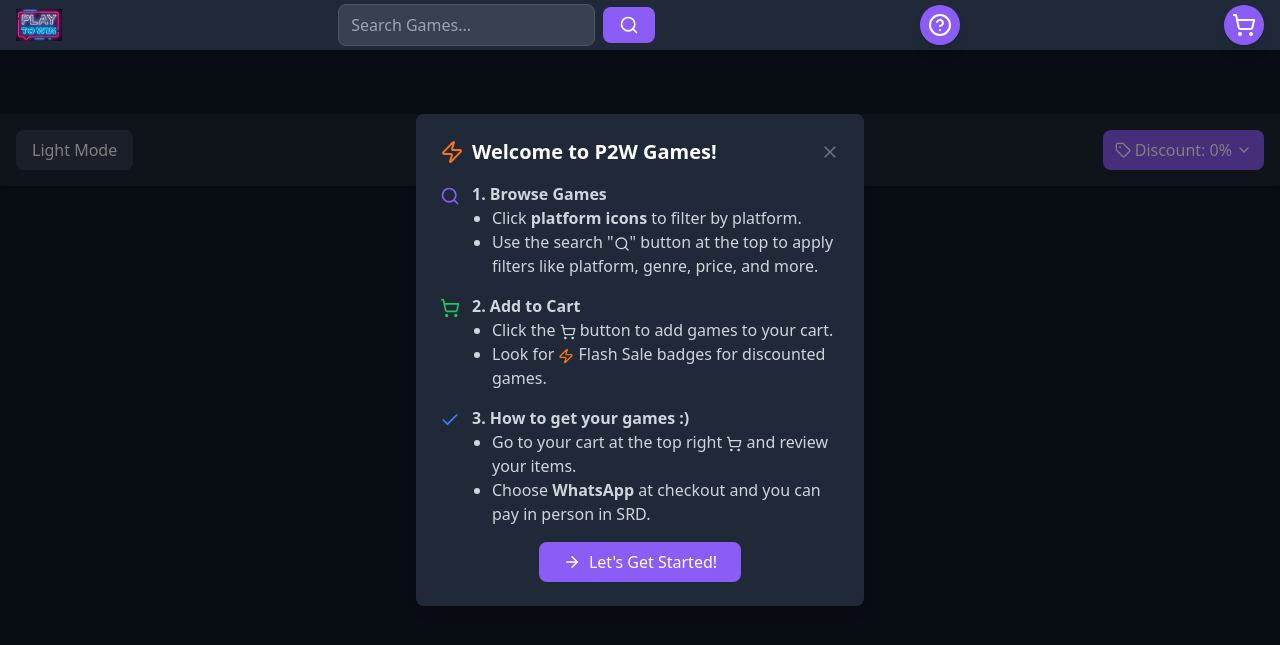
Repository: Play2Win777/P2W-Superbase
Page: /
An editor plug-in stored every save of this project. The page is shown before and after the next save, followed by the edit.
The browser window is 1280 px wide. The pictures show the whole page.
The page's requests for data from a server got no answer. The project was rebuilt for these pictures with package versions that can differ from the ones it lists, and the page was loaded fresh each time. No one was signed in, and anything a server would have sent is missing. Also part of the build but not shown: vite.config.ts, src/components/Filters.tsx, src/components/GameCard.tsx, src/components/FlashSaleBadge.tsx, src/pages/GameDetails.tsx, src/pages/Checkout.tsx, src/pages/FlashSalePage.tsx, src/components/Toast.tsx.

Above is the page before, as saved 2025-03-18 06:04:06.

### index.html
<!doctype html>
<html lang="en">
  <head>
    <meta charset="UTF-8" />
    <link rel="icon" type="image/svg+xml" href="/vite.svg" />
    <meta name="viewport" content="width=device-width, initial-scale=1.0" />
    <title>P2W Games</title>
  </head>
  <body>
    <div id="root"></div>
    <script type="module" src="/src/main.tsx"></script>
  </body>
</html>

### src/main.tsx
import { StrictMode } from 'react';
import { createRoot } from 'react-dom/client';
import App from './App.tsx';
import './index.css';

// Add Storylane script dynamically
//const script = document.createElement('script');
//script.src = 'https://js.storylane.io/js/v2/storylane.js';
//script.async = true;
//document.head.appendChild(script);

createRoot(document.getElementById('root')!).render(
  <StrictMode>
    <App />
  </StrictMode>
);

### src/App.tsx
// App.tsx (Updated Tooltip Positioning)
import React, { useEffect, useState } from 'react';
import { BrowserRouter as Router, Routes, Route, useNavigate, useLocation } from 'react-router-dom';
import { Search, Zap, X, ShoppingCart, Filter, ArrowRight, Check, HelpCircle } from 'lucide-react'; // Added HelpCircle icon
import { fetchGames } from './api';
import { useStore } from './store';
import { Filters } from './components/Filters';
import { GameCard } from './components/GameCard';
import { Cart } from './components/Cart';
import { GameDetails } from './pages/GameDetails';
import { Checkout } from './pages/Checkout';
import { FlashSalePage } from './pages/FlashSalePage';
import { DiscountPopup } from './components/DiscountPopup';
import { ThemeContext } from './context/ThemeContext';
import { Toast } from './components/Toast';

// IntroModal Component
const IntroModal = ({ isOpen, onClose }) => {
  if (!isOpen) return null;

  return (
    <div className="fixed inset-0 bg-black/50 flex items-center justify-center p-4 z-50">
      <div className="bg-white dark:bg-gray-800 p-6 rounded-lg max-w-md shadow-lg">
        {/* Modal Header */}
        <div className="flex justify-between items-center mb-4">
          <h2 className="text-xl font-bold dark:text-white flex items-center gap-2">
            <Zap size={24} className="text-orange-500" />
            Welcome to P2W Games!
          </h2>
          <button
            onClick={onClose}
            className="text-gray-500 hover:text-gray-700 dark:hover:text-gray-300"
          >
            <X size={20} />
          </button>
        </div>

        {/* Modal Body */}
        <div className="text-gray-700 dark:text-gray-300 space-y-4">
          {/* Step 1: Browse Games */}
          <div className="flex items-start gap-3">
            <Search size={20} className="flex-shrink-0 mt-1 text-purple-500" />
            <div>
              <p className="font-semibold">1. Browse Games</p>
              <ul className="list-disc pl-5">
                <li>Click <strong>platform icons</strong> to filter by platform.</li>
                <li>Use the search "<Search size={16} className="inline" />" button at the top to apply filters like platform, genre, price, and more.</li>
              </ul>
            </div>
          </div>

          {/* Step 2: Add to Cart */}
          <div className="flex items-start gap-3">
            <ShoppingCart size={20} className="flex-shrink-0 mt-1 text-green-500" />
            <div>
              <p className="font-semibold">2. Add to Cart</p>
              <ul className="list-disc pl-5">
                <li>Click the <ShoppingCart size={16} className="inline" /> button to add games to your cart.</li>
                <li>Look for <Zap size={16} className="inline text-orange-500" /> Flash Sale badges for discounted games.</li>
              </ul>
            </div>
          </div>

          {/* Step 3: Checkout */}
          <div className="flex items-start gap-3">
            <Check size={20} className="flex-shrink-0 mt-1 text-blue-500" />
            <div>
              <p className="font-semibold">3. How to get your games :)</p>
              <ul className="list-disc pl-5">
                <li>Go to your cart at the top right <ShoppingCart size={16} className="inline" /> and review your items.</li>
                <li>Choose <strong>WhatsApp</strong> at checkout and you can pay in person in SRD.</li>
              </ul>
            </div>
          </div>

          {/* Call to Action */}
          <div className="mt-4 flex justify-center">
            <button
              onClick={onClose}
              className="bg-purple-500 text-white px-6 py-2 rounded-lg hover:bg-purple-600 transition-colors flex items-center gap-2"
            >
              <ArrowRight size={18} />
              Let's Get Started!
            </button>
          </div>
        </div>
      </div>
    </div>
  );
};

// SEARCH BAR COMPONENT
const SearchBar = () => {
  const {
    games,
    searchGames,
    setFilteredGames,
    setCurrentPage
  } = useStore();
  const [searchTerm, setSearchTerm] = useState('');
  const navigate = useNavigate();
  const location = useLocation();

  const handleSearch = (e) => {
    const term = e.target.value;
    setSearchTerm(term);

    if (searchGames) {
      searchGames(term);
    } else {
      if (!term.trim()) {
        setFilteredGames(games);
      } else {
        const results = games.filter(game =>
          game.Game_Title.toLowerCase().includes(term.toLowerCase())
        );
        setFilteredGames(results);
      }
    }

    // Reset to first page when searching
    setCurrentPage(1);

    // If user is not on the home page and they've typed at least 2 characters, navigate to home
    if (location.pathname !== '/' && term.length >= 2) {
      navigate('/');
    }
  };

  return (
    <input
      type="text"
      placeholder="Search Games..."
      value={searchTerm}
      onChange={handleSearch}
      className="w-full px-3 py-2 border rounded-lg text-gray-900 dark:bg-gray-700 dark:text-white dark:border-gray-600"
    />
  );
};

// FOOTER COMPONENT
const Footer = ({ toggleDarkMode, darkMode }) => {
  return (
    <footer className="bg-white dark:bg-gray-800 shadow-md mt-8 py-4 overflow-visible">
      <div className="container mx-auto px-4 flex items-center justify-between">
        {/* Dark Mode Toggle on the left */}
        <button
          onClick={toggleDarkMode}
          className="bg-gray-200 dark:bg-gray-700 text-gray-900 dark:text-white px-4 py-2 rounded-lg whitespace-nowrap"
        >
          {darkMode ? (
            <span>Light Mode</span>
          ) : (
            <span>Dark Mode</span>
          )}
        </button>

        {/* Add DiscountPopup button to the footer */}
        <div className="ml-4">
          <DiscountPopup />
        </div>
      </div>
    </footer>
  );
};

function App() {
  const {
    games,
    filteredGames,
    currentPage,
    setGames,
    setFilteredGames,
    setCurrentPage,
    showFilters,
    setShowFilters,
    filters,
    toastMessage,
    toastDiscountInfo,
  } = useStore();

  const [darkMode, setDarkMode] = useState(true);
  const [isScrolling, setIsScrolling] = useState(false);
  const [showIntroModal, setShowIntroModal] = useState(false);

  // Show intro modal on first visit
  useEffect(() => {
    const hasSeenIntro = localStorage.getItem('hasSeenIntro');
    if (!hasSeenIntro) {
      setShowIntroModal(true);
      localStorage.setItem('hasSeenIntro', 'true');
    }
  }, []);

  useEffect(() => {
    const loadGames = async () => {
      const fetchedGames = await fetchGames();
      const randomizedGames = [...fetchedGames].sort(() => Math.random() - 0.5);
      setGames(randomizedGames);
      setFilteredGames(randomizedGames);
    };

    loadGames();
  }, [setGames, setFilteredGames]);

  useEffect(() => {
    if (darkMode) {
      document.documentElement.classList.add('dark');
    } else {
      document.documentElement.classList.remove('dark');
    }
  }, [darkMode]);

  const toggleDarkMode = () => {
    setDarkMode((prev) => !prev);
  };

  const toggleFilters = () => {
    setShowFilters(!showFilters);
    if (!showFilters) {
      setIsScrolling(false);
      window.scrollTo({ top: 0, behavior: 'smooth' });
      setTimeout(() => {
        setIsScrolling(true);
      }, 1000);
    }
  };

  const gamesPerPage = 12;
  const paginatedGames = filteredGames.slice(0, currentPage * gamesPerPage);
  const hasMore = paginatedGames.length < filteredGames.length;

  const themeValue = {
    darkMode,
    toggleDarkMode: () => setDarkMode(prev => !prev)
  };

  return (
    <ThemeContext.Provider value={themeValue}>
      <Router>
        <div className={`min-h-screen ${darkMode ? 'bg-gray-900' : 'bg-gray-50'}`}>
          {/* Intro Modal */}
          <IntroModal
            isOpen={showIntroModal}
            onClose={() => setShowIntroModal(false)}
          />

          {/* Toast */}
          {toastMessage && (
            <Toast
              message={toastMessage}
              discountInfo={toastDiscountInfo || undefined}
            />
          )}

          <header className="bg-white dark:bg-gray-800 shadow-sm sticky top-0 z-50">
            <div className="container mx-auto px-4 py-1">
              <div className="flex justify-between items-center">
                <div className="flex items-center gap-2">
                  <h1
                    onClick={() => window.location.href = '/'}
                    className="text-2xl font-bold text-gray-900 dark:text-white whitespace-nowrap cursor-pointer flex items-center"
                  >
                    <img src="/assets/icons/p2wlogo.png" alt="Play 2 Win" className="h-8 mr-3" />
                  </h1>
                </div>

                <div className="flex items-center w-1/2 md:w-auto">
                  <div className="mr-2 flex-grow">
                    <SearchBar />
                  </div>
                  <button
                    onClick={toggleFilters}
                    className="bg-purple-500 hover:bg-purple-600 text-white font-bold py-2 px-4 rounded-lg flex items-center"
                  >
                    <Search className="h-5 w-5" />
                  </button>
                </div>

                <button
                  onClick={() => setShowIntroModal(true)}
                  className="p-2 bg-purple-500 text-white rounded-full hover:bg-purple-600 transition-colors shadow-lg relative group"
                >
                  <HelpCircle size={24} />
                  <div className="absolute top-full left-1/2 transform -translate-x-1/2 mt-2 px-2 py-1 bg-gray-800 text-white text-sm rounded opacity-0 group-hover:opacity-100 transition-opacity whitespace-nowrap z-50">
                    How it works
                  </div>
                </button>

                <Cart className="hidden md:block" />
              </div>
            </div>
          </header>

          <Routes>
            <Route
              path="/"
              element={
                <main className="container mx-auto px-4 py-4">
                  {showFilters && (
                    <div className="mb-6">
                      <Filters />
                    </div>
                  )}

                  <div className="grid grid-cols-1 sm:grid-cols-2 lg:grid-cols-2 xl:grid-cols-3 gap-6 mt-0">
                    {paginatedGames.map((game) => (
                      <GameCard key={game.id} game={game} />
                    ))}
                  </div>
                  {hasMore && (
                    <div className="mt-8 text-center">
                      <button
                        onClick={() => setCurrentPage(currentPage + 1)}
                        className="bg-purple-500 text-white px-6 py-2 rounded-lg hover:bg-purple-600 transition-colors"
                      >
                        Load More Games
                      </button>
                    </div>
                  )}
                </main>
              }
            />
            <Route path="/game/:id" element={<GameDetails />} />
            <Route path="/checkout" element={<Checkout />} />
            <Route path="/flash-sale" element={<FlashSalePage />} />
          </Routes>

          <Footer toggleDarkMode={themeValue.toggleDarkMode} darkMode={darkMode} />
        </div>
      </Router>
    </ThemeContext.Provider>
  );
}

export default App;

### src/index.css
@tailwind base;
@tailwind components;
@tailwind utilities;


@layer components {
 /* Base neon border effect with a rotating conic-gradient */
 .neon-border {
 position: relative;
 border-radius: 0.5rem; /* adjust to match your element's rounding */
 overflow: hidden; /* hide overflowing pseudo-element */
 z-index: 0;
 }

 .neon-border::before {
 content: "";
 position: absolute;
 inset: 0; /* cover the entire element */
 border-radius: inherit;
 padding: 2px; /* controls the border thickness */
 /* Conic-gradient creates a neon green effect with transparent gaps */
 background: conic-gradient(from 0deg, #39FF14, transparent 20%, transparent 80%, #39FF14);
 /* Mask to show the gradient only on the border (uses the padding area) */
 -webkit-mask: linear-gradient(white, white) content-box, linear-gradient(white, white);
 -webkit-mask-composite: destination-out;
 mask-composite: exclude;
 pointer-events: none;
 z-index: -1;
 transform-origin: center;
 animation: spin 6s linear infinite;
 }

 /* Additional neon effects – add these classes together with .neon-border as needed */

 /* Neon Pulse: gently scales and fades the element */
 .neon-pulse {
 position: relative;
 animation: pulse 2s ease-in-out infinite;
 }

 /* Neon Flicker: simulates a quick flicker */
 .neon-flicker {
 position: relative;
 animation: flicker 1.5s linear infinite;
 }

 /* Neon Wiggle: adds a slight rotational movement */
 .neon-wiggle {
 position: relative;
 animation: wiggle 0.6s ease-in-out infinite;
 }

 /* Neon Dash: animates background movement (can be combined with a background property) */
 .neon-dash {
 position: relative;
 /* For this effect, you might want to set a background that works with the animation */
 background: repeating-linear-gradient(
 45deg,
 #39FF14,
 #39FF14 10px,
 transparent 10px,
 transparent 20px
 );
 animation: dash 4s linear infinite;
 }


 /* Icon Container Style */
 .gamecard-icon-container {
 width: 5em; /* Adjust as needed */
 height: 2em; /* Adjust as needed */
 display: flex;
 align-items: center;
 justify-content: center;
 }
}


/* Keyframes Definitions */


/* Spin keyframe for the neon-border effect */
@keyframes spin {
 from {
 transform: rotate(0deg);
 }
 to {
 transform: rotate(360deg);
 }
}


/* Pulse keyframe: subtle scale and opacity changes */
@keyframes pulse {
 0%,
 20% {
 transform: scale(1);
 opacity: 1;
 }
 50% {
 transform: scale(1.1);
 opacity: 0.8;
 }
 100% {
 transform: scale(1);
 opacity: 1;
 }
}


/* Flicker keyframe: creates random opacity changes for a flickering effect */
@keyframes flicker {
 0%,
 100% {
 opacity: 1;
 }
 30% {
 opacity: 0.5;
 }
 50% {
 opacity: 0.8;
 }
 70% {
 opacity: 0.3;
 }
}


/* Wiggle keyframe: rotates the element slightly back and forth */
@keyframes wiggle {
 0% {
 transform: rotate(0deg);
 }
 25% {
 transform: rotate(5deg);
 }
 75% {
 transform: rotate(-5deg);
 }
 100% {
 transform: rotate(0deg);
 }
}


/* Dash keyframe: moves the background for a dynamic dashed look */
@keyframes dash {
 0% {
 background-position: 0 0;
 }
 100% {
 background-position: 100% 0;
 }
}

### src/api.ts
import { createClient } from '@supabase/supabase-js';
import { Game } from './types';

const supabase = createClient(
  import.meta.env.VITE_SUPABASE_URL,
  import.meta.env.VITE_SUPABASE_KEY
);

export const fetchGames = async (): Promise<Game[]> => {
  const { data, error } = await supabase
    .from('Games')
    .select(`
      id,
      Game_Title,
      Platform,
      Genre,
      Sub_Genre,
      Age_Rating,
      Max_Offline_Players,
      Game_Modes,
      Developer,
      Release_Year,
      Price_to_Sell_For,
      Metacritic_Score,
      User_Score,
      Short_Description,
      Key_Features,
      Unique_Selling_Point,
      image_url_medium,
      Youtube_link
    `);

  if (error) {
    console.error('Supabase error:', error);
    return [];
  }

  return data as Game[];
};

### src/components/DiscountPopup.tsx
import React, { useState, useRef, useEffect } from 'react';
import { Tag, ChevronDown } from 'lucide-react';
import { useStore } from '../store';

export const DiscountPopup: React.FC = () => {
  const { cart } = useStore();
  const [isOpen, setIsOpen] = useState(false);
  const popupRef = useRef<HTMLDivElement>(null);

  // Count total items including quantities
  const itemCount = cart.reduce((total, item) => total + item.quantity, 0);
  let discountTier = "0%";
  let nextTier = "";
  let progress = 0;

  if (itemCount >= 5) {
    discountTier = "20%";
    progress = 100;
    nextTier = "Maximum discount achieved!";
  } else if (itemCount >= 3) {
    discountTier = "10%";
    nextTier = "Buy 2 more for 20% off!";
    progress = 60;
  } else if (itemCount >= 2) {
    discountTier = "5%";
    nextTier = "Buy 1 more for 10% off!";
    progress = 40;
  } else if (itemCount >= 1) {
    discountTier = "0%";
    nextTier = "Buy 1 more for 5% off!";
    progress = 20;
  } else {
    nextTier = "Buy your first game!";
  }

  // Close the popup when clicking outside
  useEffect(() => {
    const handleClickOutside = (event: MouseEvent) => {
      if (popupRef.current && !popupRef.current.contains(event.target as Node)) {
        setIsOpen(false);
      }
    };

    document.addEventListener('mousedown', handleClickOutside);
    return () => {
      document.removeEventListener('mousedown', handleClickOutside);
    };
  }, []);

  return (
    <div className="relative" ref={popupRef}>
      <button
        onClick={() => setIsOpen(!isOpen)}
        className="inline-flex items-center text-white bg-purple-500 hover:bg-purple-600 px-3 py-2 rounded-lg transition-colors"
      >
        <Tag size={16} className="mr-1" />
        <span className="mr-1">Discount: {discountTier}</span>
        <ChevronDown size={16} className={`transition-transform ${isOpen ? 'rotate-180' : ''}`} />
      </button>

      {isOpen && (
        <div className="absolute bottom-full right-0 mb-2 z-50 bg-white dark:bg-gray-800 rounded-lg shadow-lg p-4 w-64">
          <h3 className="text-lg font-bold text-gray-900 dark:text-white mb-2">Volume Discount</h3>
          <div className="w-full bg-gray-200 dark:bg-gray-700 rounded-full h-2.5 mb-2">
            <div className="bg-purple-500 h-2.5 rounded-full" style={{ width: `${progress}%` }}></div>
          </div>
          <p className="text-sm text-gray-700 dark:text-gray-300">{nextTier}</p>
          <div className="mt-3 text-xs text-gray-600 dark:text-gray-400">
            <p>• 2 games: 5% off</p>
            <p>• 3 games: 10% off</p>
            <p>• 5+ games: 20% off</p>
          </div>
        </div>
      )}
    </div>
  );
};

### src/context/ThemeContext.tsx

 // src/context/ThemeContext.tsx
 import { createContext, useContext } from 'react';


 type ThemeContextType = {
  darkMode: boolean;
  toggleDarkMode: () => void;
 };


 export const ThemeContext = createContext<ThemeContextType>({
  darkMode: false,
  toggleDarkMode: () => {},
 });


 export const useTheme = () => useContext(ThemeContext);

### src/utils/gameHelpers.ts
// utils/gameHelpers.ts
export const isFlashSaleEligible = (game: any): boolean => {
  if (!game) return false;

  // Games with Metacritic score > 85 are eligible for flash sale
  // You can customize this logic based on your requirements
  return game.Metacritic_Score && parseInt(game.Metacritic_Score) < 70;
};

Loaded but not shown: tailwind.config.js (25 lines, source omitted); src/components/Cart.tsx (247 lines, source omitted); src/store.ts (234 lines, source omitted)

After the next save:
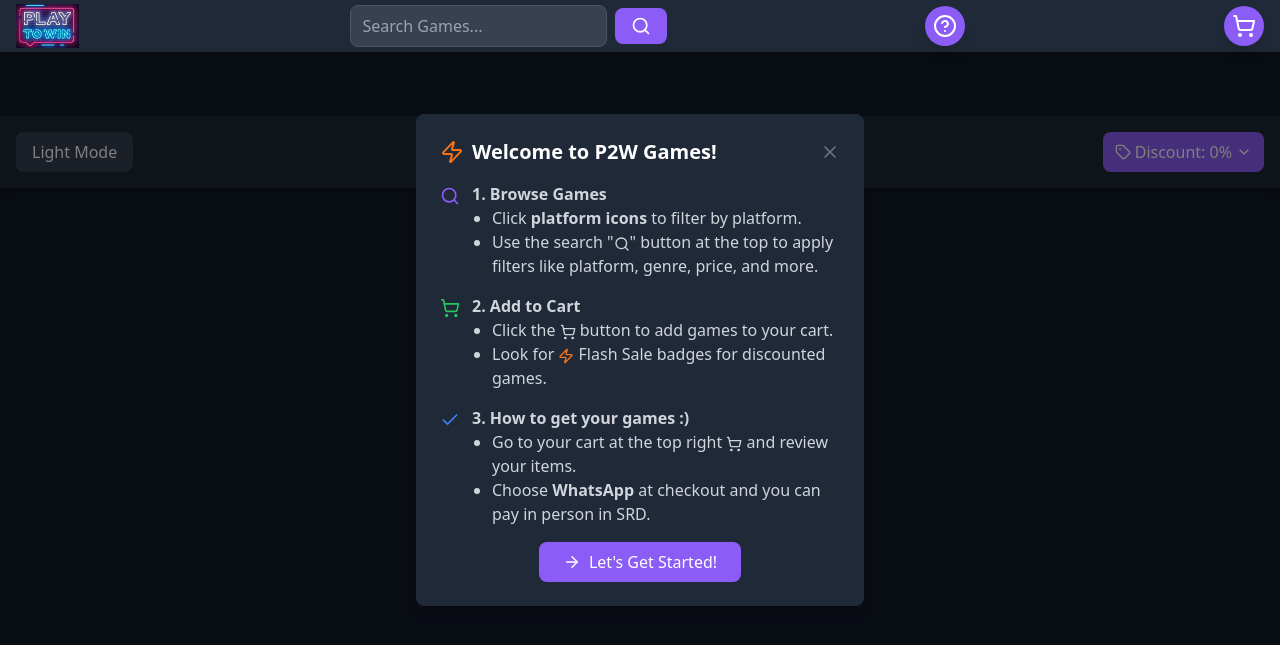
Saved 10 s later.
--- a/src/App.tsx
+++ b/src/App.tsx
@@ -261,7 +261,7 @@
                     onClick={() => window.location.href = '/'}
                     className="text-2xl font-bold text-gray-900 dark:text-white whitespace-nowrap cursor-pointer flex items-center"
                   >
-                    <img src="/assets/icons/p2wlogo.png" alt="Play 2 Win" className="h-8 mr-3" />
+                    <img src="/assets/icons/p2wlogo.png" alt="Play 2 Win" className="h-11 mr-3" />
                   </h1>
                 </div>
 
